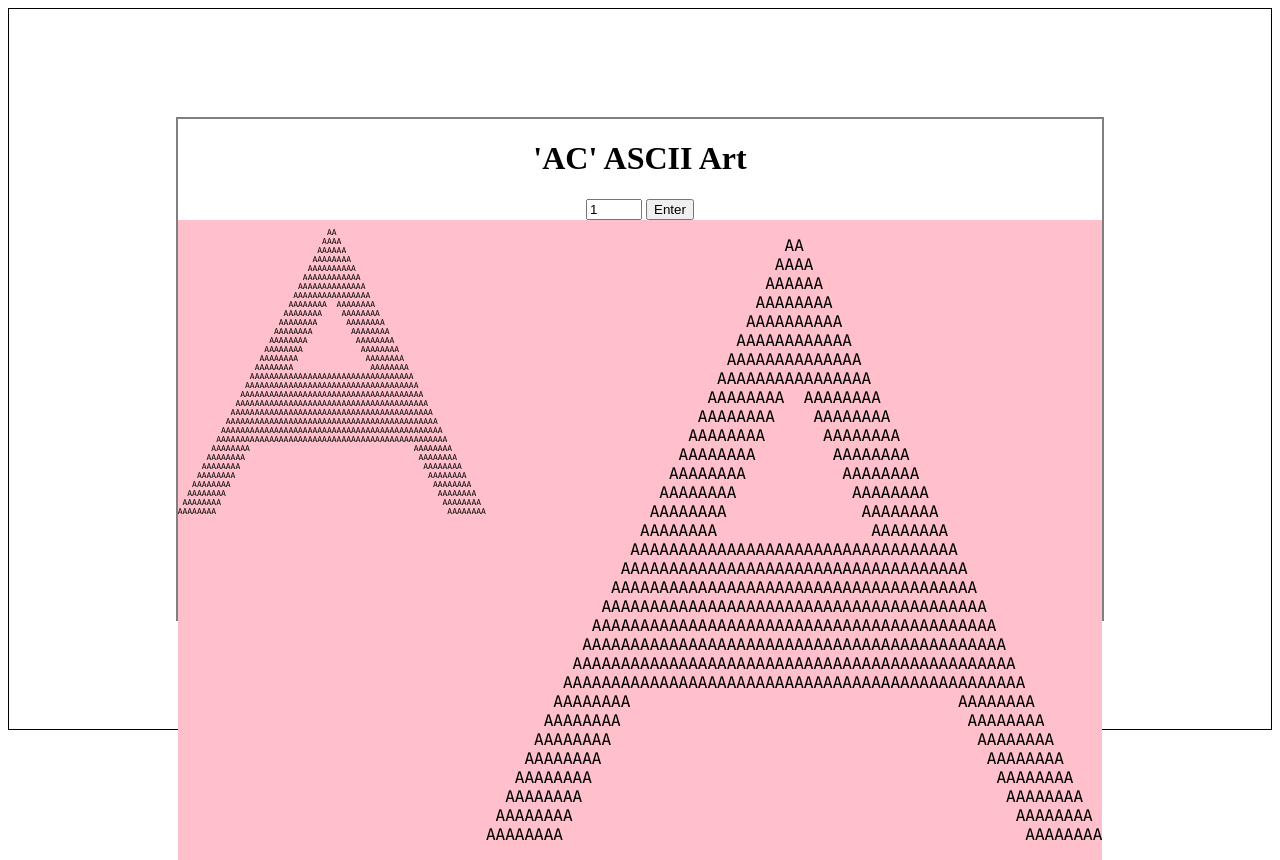
Repository: Achorn/ascii-art
Page: index.html
An editor plug-in stored every save of this project. The page is shown before and after a run of saves, followed by the edit.
The browser window is 1280 px wide. The pictures show the whole page.

Above is the page before, as saved 2021-08-09 17:53:08.

After the next 2 saves:
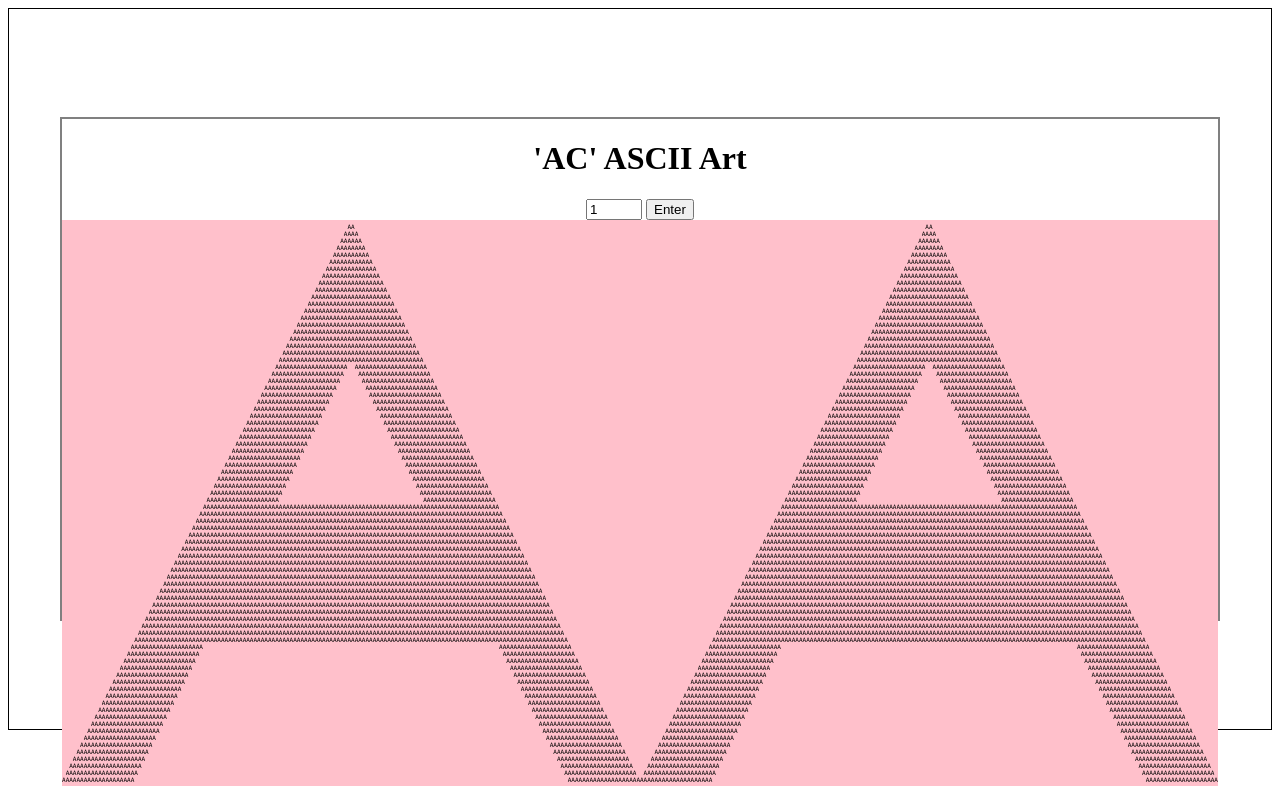
The 2 saves are shown as one change because they came seconds apart.
The last was saved 13 s later.
--- a/myscripts.js
+++ b/myscripts.js
@@ -199,12 +199,13 @@ function trimA(arr, lWidth) {
 
 let monoA = document.getElementById("mono-a");
 let monoC = document.getElementById("mono-c");
-let scale = 8;
+let scale = 20;
 let scaled = scaleSpread(four, scale);
 trimA(scaled, scale);
 
 // mono.innerHTML = halfArrToString(scaleSpread(four, 7));
 monoA.style.fontSize = `${4 / scale}em`;
+monoC.style.fontSize = `${4 / scale}em`;
 monoA.innerHTML = halfArrToString(scaled);
 monoC.innerHTML = halfArrToString(scaled);
 // mono.innerHTML += arrToString(scaleSpread(eight, 1));
